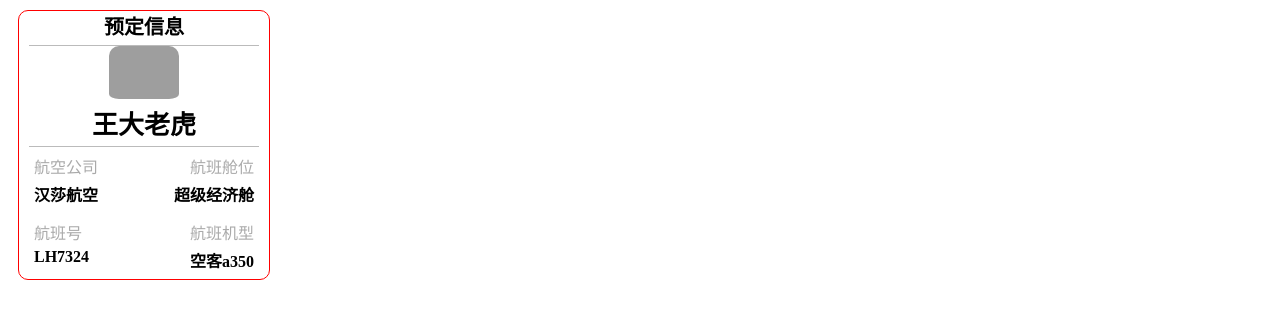
Repository: xzm1997/react-learning
Page: /
The author's editor kept a copy of each file at every save. The page is drawn from the files as they stood at one save, then again after a run of saves.
The browser window is 1280 px wide. The pictures show the whole page.
Pictures or frames that could not be fetched are drawn as grey boxes. The project was rebuilt for these pictures with package versions that can differ from the ones it lists, and the page was loaded fresh each time.

Above is the page before, as saved 2023-01-31 11:07:28.

After the next 2 saves:
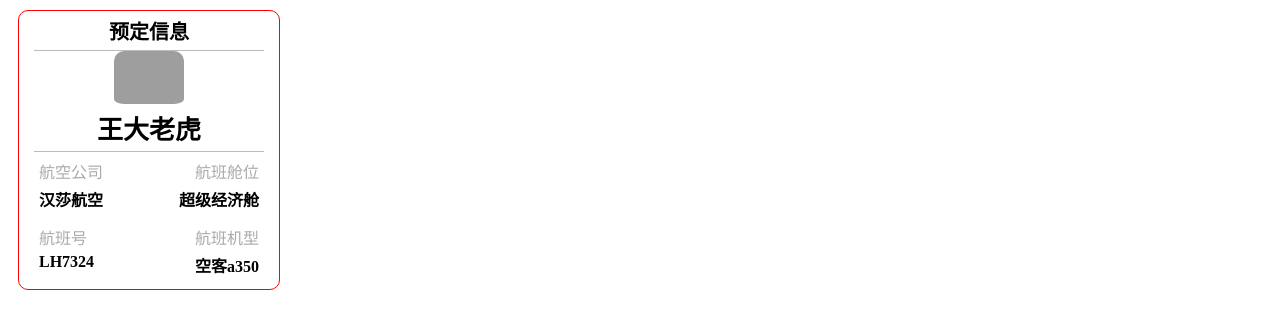
The 2 saves are shown as one change because they came seconds apart.
The last was saved 7 s later.
--- a/src/index.css
+++ b/src/index.css
@@ -2,7 +2,7 @@
   width: 250px;
   border: solid 1px red;
   border-radius: 10px;
-  /* padding:10px; */
+  padding:5px;
   margin: 10px;
   display: flex;
   flex-direction: column;
